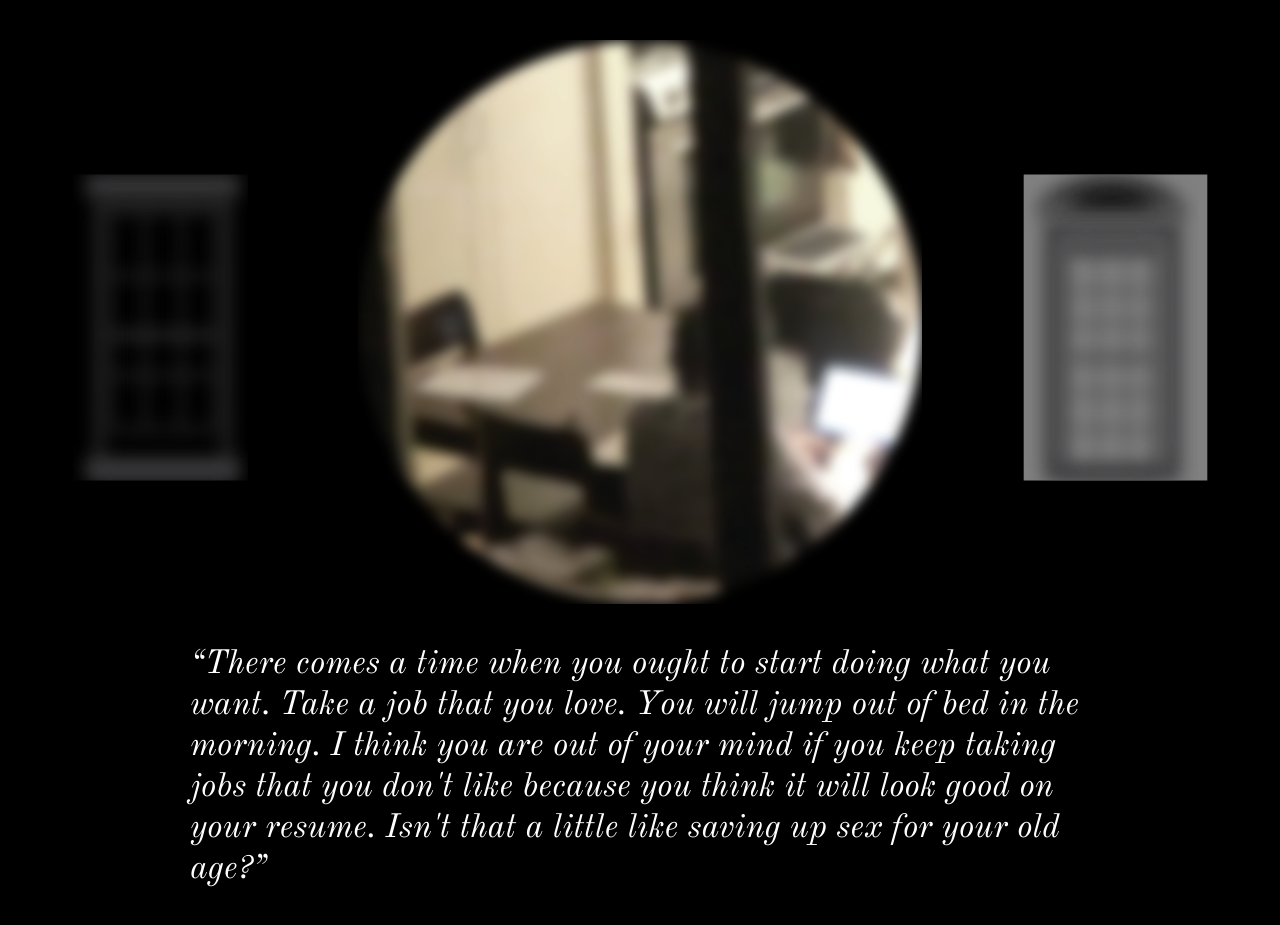
Repository: ConnyPinto/connypinto.github.io
Page: studio/space/final-space/room10.html
The author's editor kept a record of every edit. The page is drawn from the files as they stood at one moment, then again after the next edit.
The browser window is 1280 px wide. The pictures show the whole page.
Some web libraries are served in a nearby version.

Above is the page before.

### studio/space/final-space/room10.html
<html>

<head>
    <title>Space</title>
   <link href='//fonts.googleapis.com/css?family=Old+Standard+TT:400italic' rel='stylesheet' type='text/css'>
    <link rel="stylesheet" href="css/room.css" type="text/css" />
     <script src="//ajax.googleapis.com/ajax/libs/jquery/1.7.1/jquery.min.js"></script>
      <script src="javascript/room.js"></script>
</head>

<body>

        <a href="room11.html" class="right-window"
        style="background-image: url(images/grey-blur-01.png);
    background-repeat: no-repeat;
    transform: scale(1.2);
    width: 153px;
    height: 255px;
    display: block;
    float:right;
    margin-right:80px;
    margin-top:160px;"></a>


           <a href="room5.html" class="left-window"
        style="background-image: url(images/grey-blur-05.png);
    background-repeat: no-repeat;
    transform: scale(1.2);
    width: 153px;
    height: 255px;
    display: block;
    float:left;
    margin-left:80px;
    margin-top:160px;"></a>


    <div class="content">



    <a href="#" class="lense" style="background-image: url(images/lense-10.png);"></a>



    <div class="quote">&ldquo;There comes a time when you ought to start doing what you want. Take a job that you love. You will jump out of bed in the morning. I think you are out of your mind if you keep taking jobs that you don't like because you think it will look good on your resume. Isn't that a little like saving up sex for your old age?&rdquo;</div>

    </div>

    <!-- <div class="eyes"><img src="images/i9lb4.gif"></div>  -->




</body>

</html>

### studio/space/final-space/css/room.css
body{
    background-color: black;
    font-family: 'Old Standard TT', serif;
    font-style: italic;
    margin-bottom:35px;
}

.lense {
    background-repeat: no-repeat;
    width: 564px;
    height:564px;
    display: block;
    font-size: 0;
    margin:0 auto;
    margin-bottom:40px;
    margin-top:40px;
}
.lense:hover {
    background-position: 0 -565px;
}


/*.lense{
    margin:0 auto;
    margin-top:80px;
    margin-bottom:114px;}*/

.right-window{
    background-repeat: no-repeat;
    background-color: grey;
    width: 125px;
    height: 153px;
    display: block;
    float:right;
    margin-top:200px;
}

.right-window:hover {
    background-position: 0 -125px;
}



.content{
    width:900px;
    margin:0 auto;

}

.quote{
    color:white;
    font-family: 'Old Standard TT', serif;
    display: block;
    margin-left: auto;
    margin-right: auto;
    margin-bottom:10px;
    font-size: 25pt;
    width:900px;


}

.eyes{

    position: relative;
   margin:0 auto;
   width:300px;

}

.sofa-button {
    background-image: url(../images/sofa-button.png);
    background-repeat: no-repeat;
    width: 212px;
    height: 67px;
    display: inline-block;
    font-size: 0;
    margin:60px;
    margin-bottom:-80px;

}
.sofa-button:hover {
    background-position: 0 -68px;
}


/*.sofa-button{
    margin:20px;
    margin-bottom:-70px;

}*/

### studio/space/final-space/javascript/room.js
$(document).ready(function () {
    $('body').click(function (e) {
        console.log(e);
        if (!$(e.target).is('a')) {
            window.location.href = 'window.html';
        }
    });
});

After the next edit:
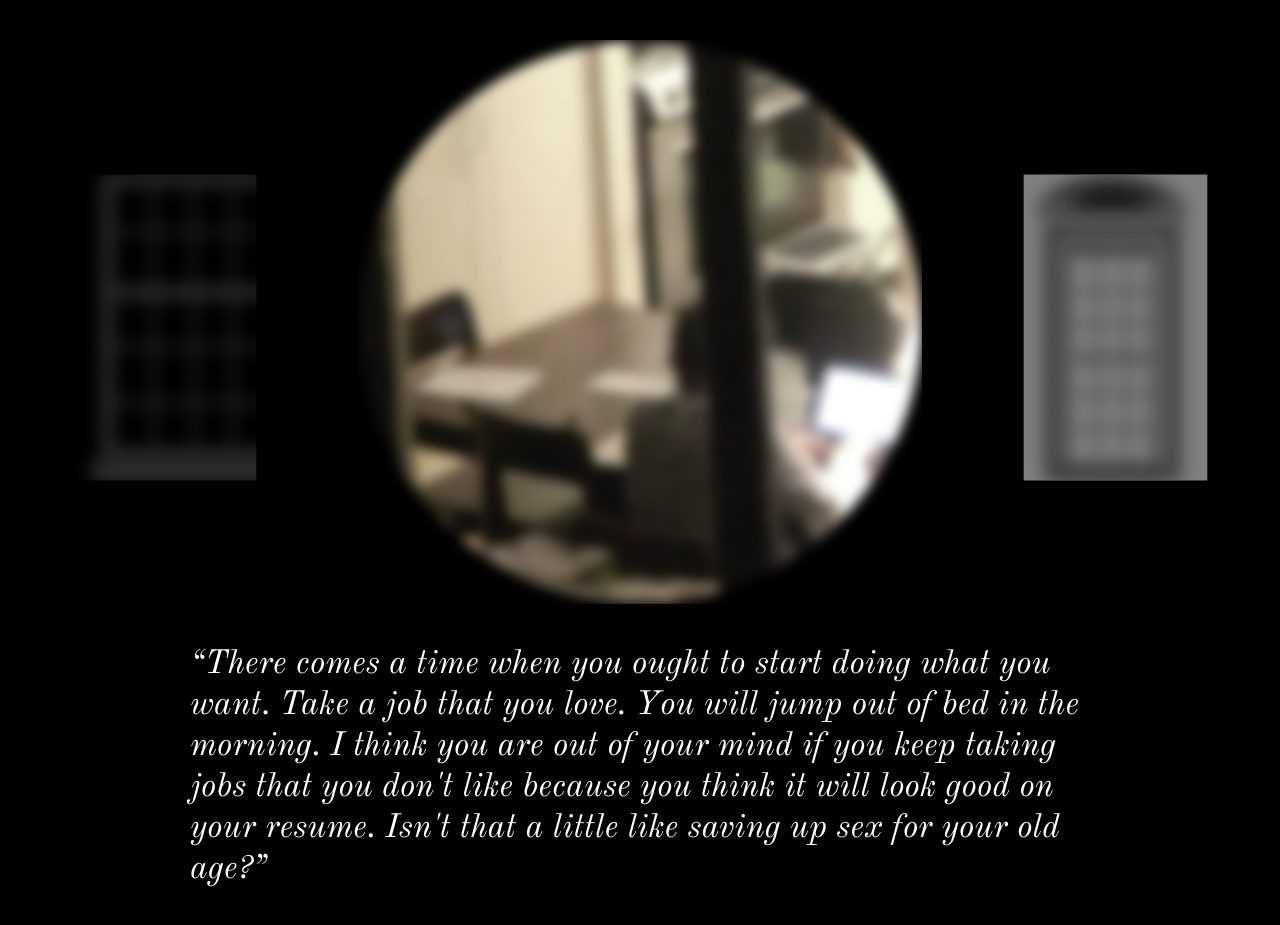
The edit:
--- a/studio/space/final-space/room10.html
+++ b/studio/space/final-space/room10.html
@@ -22,8 +22,8 @@
     margin-top:160px;"></a>
 
 
-           <a href="room5.html" class="left-window"
-        style="background-image: url(images/grey-blur-05.png);
+           <a href="room9.html" class="left-window"
+        style="background-image: url(images/grey-blur-09.png);
     background-repeat: no-repeat;
     transform: scale(1.2);
     width: 153px;
